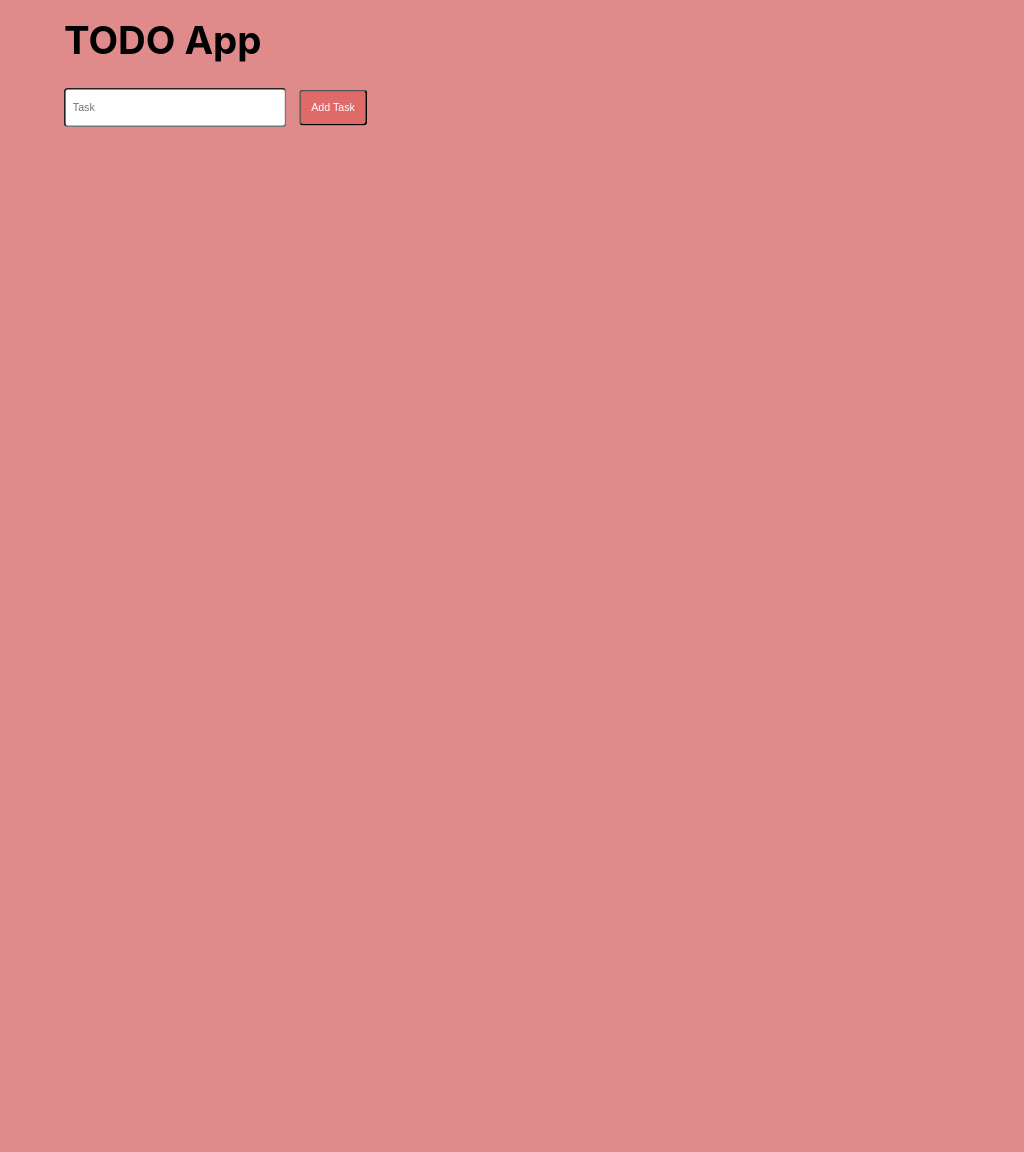
Repository: BhanuKaukuntla/TodoApp
Page: /
These files come from the project's save history. The page is drawn as it stood at one moment and after the next save; the edit follows.
The browser window is 1280 px wide. The pictures show the whole page, at 80% of full size.
The project was rebuilt for these pictures with package versions that can differ from the ones it lists, and the page was loaded fresh each time. Also part of the build but not shown: src/components/TodoItem/TodoItem.js.

Above is the page before, as saved 2021-12-04 09:57:26.

After the next save:
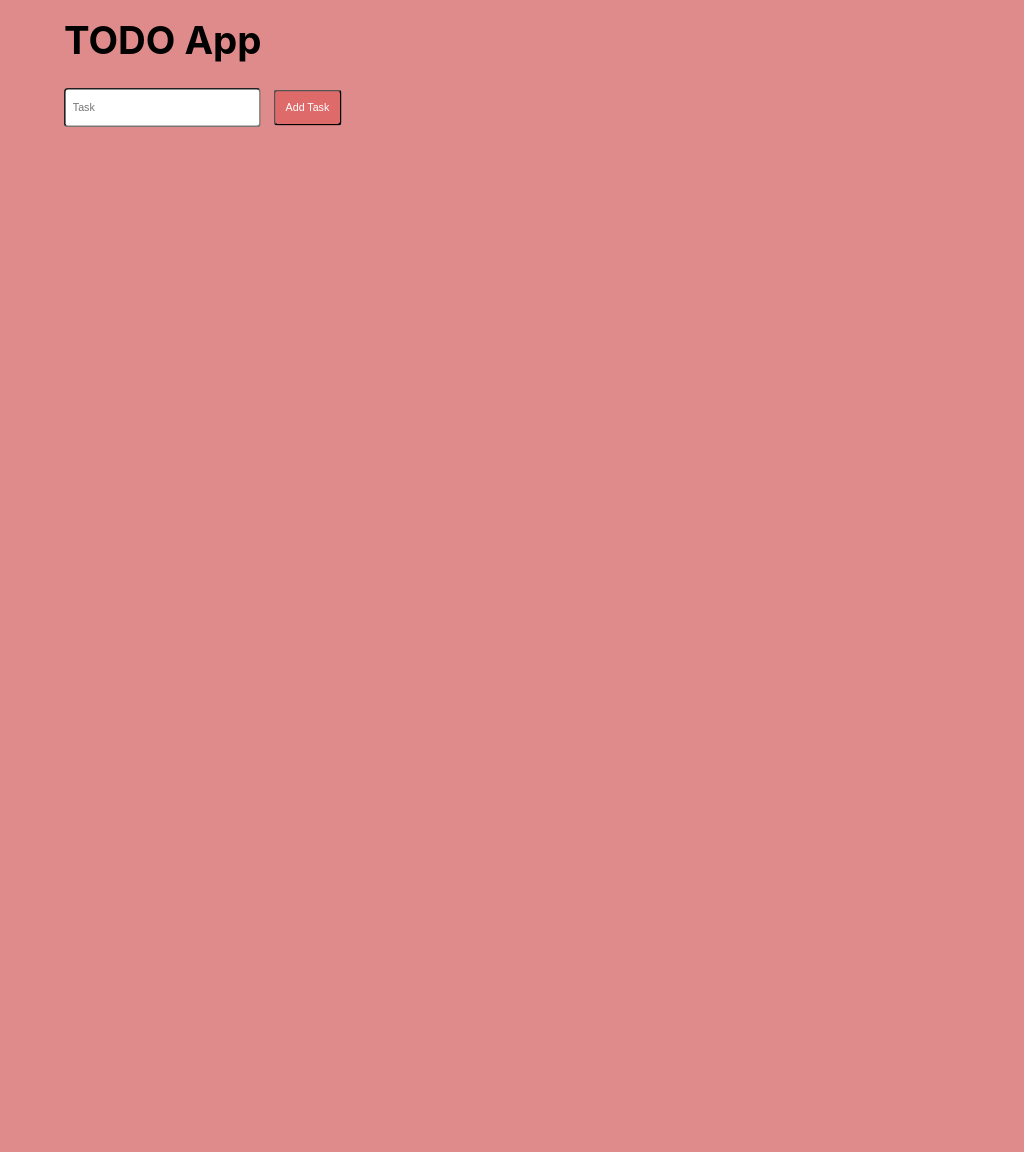
Saved 26 s later.
--- a/src/index.css
+++ b/src/index.css
@@ -55,7 +55,7 @@ body {
   border-radius: 5px;
   /* font-size: large; */
   padding: 9px;
-  width: 16rem;
+  width: 14rem;
   height: 1.7rem;
 }
 
